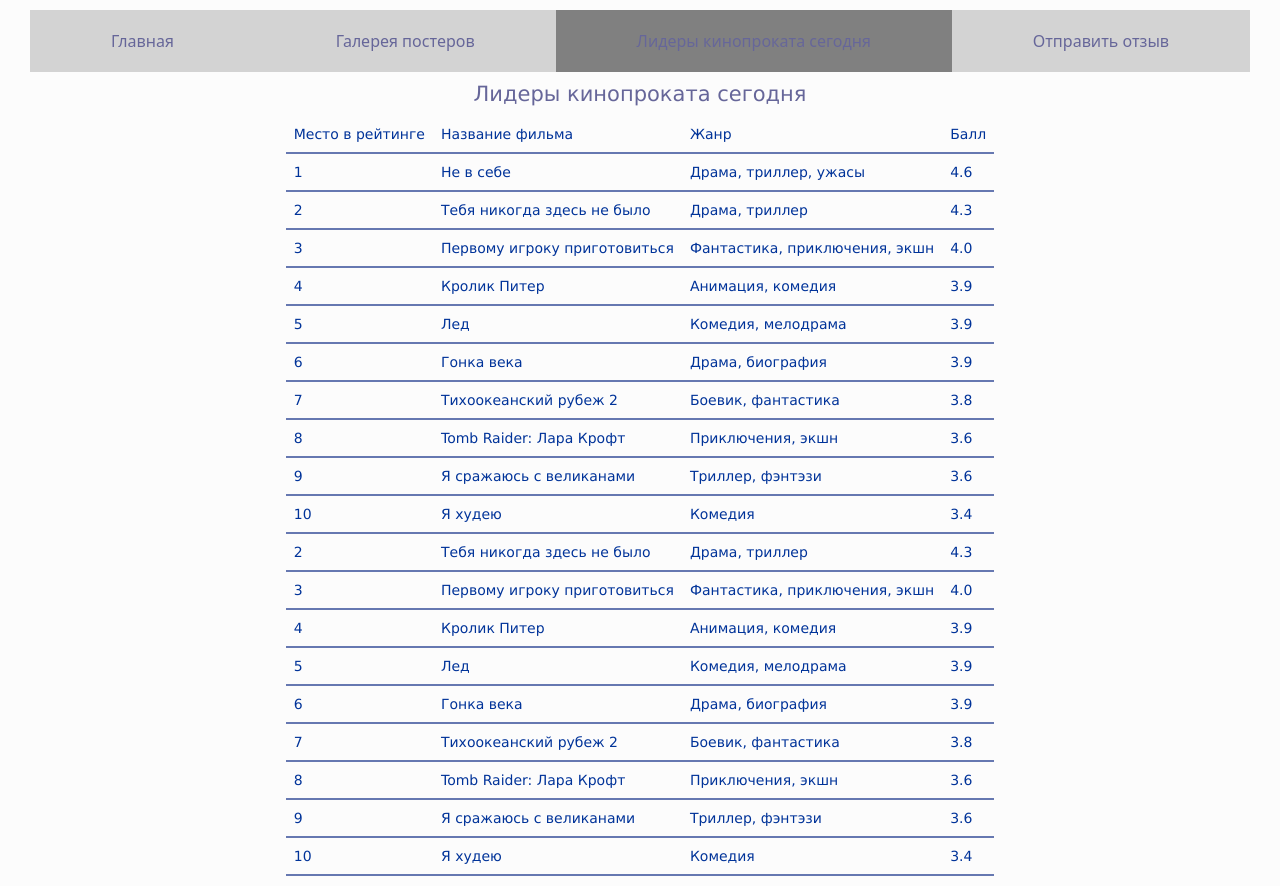
Repository: nasty-97/courseWeb
Page: http://localhost/item_3.php
The author's editor kept a record of every edit. The page is drawn from the files as they stood at one moment, then again after the next edit.
The browser window is 1280 px wide. The pictures show the whole page.
The page is run by PHP 8.4 with error messages shown; the project is at /var/www/html/. The database holds what the project's SQL file puts in it.

Above is the page before.

### item_3.php
<!DOCTYPE html>
<html>
	<head>
		<meta charset="utf-8">
		<link rel="stylesheet" href="style.css">
		<title>Главная</title>
		<style type="text/css">
			@media (max-width: 900px) and (min-width: 561px) {
			  .col {
			    width: 50%;
			  }
			}

			@media (max-width: 560px) and (min-width: 370px) {
			  .col {
			    width: 100%;
			  }
			  .menu__list-link {
			    font-size: 14px;
			    padding: 5px;
			    width: 84%;
			  }
			  .menu {
			    width: 102%;
			    padding: 3px;
			  }
			  p {
			    width: 100%;
			  }
			  .table__item > table {
    			font-size: 11px;
  			  }
			}
			@media (max-width: 369px) {
			  .col {
			    width: 109%;
			  }
			  .menu__list-link {
			    font-size: 12px;
			    padding: 5px;
			    width: 84%;
			}
			  .menu {
			    width: 109%;
			    padding: 0;
			}
			  p {
			    width: 109%;
			  }
			  .table__item > table {
    			font-size: 9px;
  			  }
			}
	</style>
	</head>
	<body>
		<?php
			global $mysqli;
        	$mysqli = new mysqli("localhost", "anastasya0409", "", "lab2DB");
        	$query = "SELECT * FROM tableFilms";
        	$mysqli->query("SET NAMES 'utf8'");
        	$result = $mysqli->query($query);
		?>
		<nav class="menu">
			<menu class="menu__list">
				<li class="menu__list-item"><a href="main.php" class="menu__list-link">Главная</a></li>
				<li class="menu__list-item"><a href="item_2.php" class="menu__list-link">Галерея постеров</a></li>
				<li class="menu__list-item" id="current"><a href="item_3.php" class="menu__list-link">Лидеры кинопроката сегодня</a></li>
				<li class="menu__list-item"><a href="item_4.php" class="menu__list-link">Отправить отзыв</a></li>
			</menu>
		</nav>
		<div class="table__item">
			<table class="table" align="center">
				<caption>Лидеры кинопроката сегодня</caption>
				<tr>
					<th>Место в рейтинге</th>
					<th>Название фильма</th>
					<th>Жанр</th>
					<th>Балл</th>
				</tr>
				<?php while($row = $result->fetch_array(MYSQLI_ASSOC)) {
				?>
				<tr>
					<th><?php echo $row["rating"]?></th>
					<th><?php echo $row["nameFilm"]?></th>
					<th><?php echo $row["ganre"]?></th>
					<th><?php echo $row["point"]?></th>
				</tr>
				<?php }
				?>
				<tr>
					<th>2</th>
					<th>Тебя никогда здесь не было</th>
					<th>Драма, триллер</th>
					<th>4.3</th>
				</tr>
				<tr>
					<th>3</th>
					<th>Первому игроку приготовиться</th>
					<th>Фантастика, приключения, экшн</th>
					<th>4.0</th>
				</tr>
				<tr>
					<th>4</th>
					<th>Кролик Питер</th>
					<th>Анимация, комедия</th>
					<th>3.9</th>
				</tr>
				<tr>
					<th>5</th>
					<th>Лед</th>
					<th>Комедия, мелодрама</th>
					<th>3.9</th>
				</tr>
				<tr>
					<th>6</th>
					<th>Гонка века</th>
					<th>Драма, биография</th>
					<th>3.9</th>
				</tr>
				<tr>
					<th>7</th>
					<th>Тихоокеанский рубеж 2</th>
					<th>Боевик, фантастика</th>
					<th>3.8</th>
				</tr>
				<tr>
					<th>8</th>
					<th>Tomb Raider: Лара Крофт</th>
					<th>Приключения, экшн</th>
					<th>3.6</th>
				</tr>
				<tr>
					<th>9</th>
					<th>Я сражаюсь с великанами</th>
					<th>Триллер, фэнтэзи</th>
					<th>3.6</th>
				</tr>
				<tr>
					<th>10</th>
					<th>Я худею</th>
					<th>Комедия</th>
					<th>3.4</th>
				</tr>
			</table>
		</div>
		<?php
        $mysqli->close();
		?>
	</body>
</html>

### style.css
body {
	/*padding: 0;*/
	margin: 0;
	font-family: 'Noto Sans', sans-serif;
	background-color: #fcfcfc;
	padding: 10px 30px;
	color: #669;
}
.menu__list {
	padding: 0;
	margin: 0;
	box-sizing: border-box;
	background: lightgrey;
	display: flex;
	justify-content: space-around;
	list-style-type: none;
}
.menu__list-item {
	flex-grow: 1;
	box-sizing: border-box;
	text-align: center;
}
.menu__list-link {
	color: #669;
	display: block;
	padding: 20px;
	text-decoration: none;
}
.menu__list-link:hover {
	background: grey;
}
.menu__list-link:active {
	background: grey;
}
#current {
	background: grey;
}

.col {
        float: left;
        width: 25%;
      }
      .col > div:hover {
        box-shadow: 0 0 3px #666, 0 0 5px #ccc;
        cursor: pointer;
      }
      .col > div {
        margin: 10px;
      }
      .col img {
        width: 100%;
        height: 200px;
        object-fit: cover;
        object-position: 50% 100%;
        display: block;
      }
      .col-text > div {
        height: 100px;
        overflow: hidden;
      }
      .col-text {
        border: 1px solid #ccc;
        background: #eee;
        color: #669;
        border-top: 0;
        padding: 10px;
        text-align: justify;
}

.gallery > img {
	object-fit: cover;
	object-position: 50%;
}

.gallery__item > img {
	-o-object-fit: fill;
     object-fit: fill;
  	object-position: 50%;
  	padding-right: 29px;
  	padding-left: 0px;
  	padding-top: 20px;
}

#wrapper #leftcol input {
    width: 40%;
    margin-left: 30%;
    float: left;
    border-radius: 5px;
    border: 2px solid silver;
    padding: 5px;
    color: #669;
    margin-bottom: 10px;
    font-size: 1.2em;
}

#wrapper #leftcol input:focus, #wrapper #leftcol textarea:focus {
    border: 2px solid #f78080;
}

#wrapper #leftcol input#done:hover {
    border: 2px solid #f8d881;
    cursor: pointer;
}

#wrapper #leftcol textarea {
    width: 50%;
    height: 150px;
    margin-left: 25%;
    float: left;
    border-radius: 5px;
    border: 2px solid silver;
    padding: 5px;
    color: #669;
    margin-bottom: 10px;
    font-size: 1.2em;
    resize: none;
}

table {
  font-family: "Lucida Sans Unicode", "Lucida Grande", Sans-Serif;
  font-size: 14px;
  background: #fcfcfc;
  border-collapse: collapse;
  text-align: left;
}
th {
  font-weight: normal;
  color: #039;
  border-bottom: 2px solid #6678b1;
  padding: 10px 8px;
}
td {
  border-bottom: 1px solid #ccc;
  color: #669;
  padding: 9px 8px;
  transition: .3s linear;
  text-align: center;
}
tr:hover td{
  color: #6699ff;
}
caption {
caption-side: top;
color: #669;
text-align: center;
padding: 10px 0;
font-size: 21px;
}

a:focus, a:active, a:hover {
	text-decoration: none;
	color: white;
}
a:hover {
	color: #6a95b7;
}
a:visited {
	color: #669;
}

@media (min-width: 1200px) {
  .gallery__item > img {
    width: 225px;
    height: 300px;
  }
}
@media (min-width: 992px) and (max-width: 1199px) {
  .gallery__item > img {
    width: 225px;
    height: 300px;
  }
}
@media (min-width: 768px) and (max-width: 991px) {
  .gallery__item > img {
    width: 225px;
    height: 300px;
  }
}
@media (max-width: 519px) {
  .gallery__item > img {
    width: 180px;
    height: 250px;
  }
}
@media (max-width: 767px) and (min-width: 520px) {
  .gallery__item > img {
    width: 190px;
    height: 300px;
  }
}

### lab2DB.sql (the tables this page reads)
CREATE TABLE IF NOT EXISTS `tableFilms` (
  `id` int(255) unsigned NOT NULL AUTO_INCREMENT,
  `rating` int(255) unsigned NOT NULL,
  `nameFilm` varchar(1000) CHARACTER SET utf8 COLLATE utf8_estonian_ci NOT NULL,
  `ganre` varchar(1000) NOT NULL,
  `point` varchar(255) NOT NULL,
  PRIMARY KEY (`id`)
) ENGINE=MyISAM  DEFAULT CHARSET=utf8 AUTO_INCREMENT=11;

INSERT INTO `tableFilms` (`id`, `rating`, `nameFilm`, `ganre`, `point`) VALUES
(1, 1, 'Не в себе', 'Драма, триллер, ужасы', '4.6'),
(2, 2, 'Тебя никогда здесь не было', 'Драма, триллер', '4.3'),
(3, 3, 'Первому игроку приготовиться	', 'Фантастика, приключения, экшн', '4.0'),
(4, 4, 'Кролик Питер', 'Анимация, комедия', '3.9'),
(5, 5, 'Лед', 'Комедия, мелодрама', '3.9'),
(6, 6, 'Гонка века', 'Драма, биография', '3.9'),
(7, 7, 'Тихоокеанский рубеж 2	', 'Боевик, фантастика', '3.8'),
(8, 8, 'Tomb Raider: Лара Крофт', 'Приключения, экшн', '3.6'),
(9, 9, 'Я сражаюсь с великанами', 'Триллер, фэнтэзи', '3.6'),
(10, 10, 'Я худею', 'Комедия	', '3.4');

After the next edit:
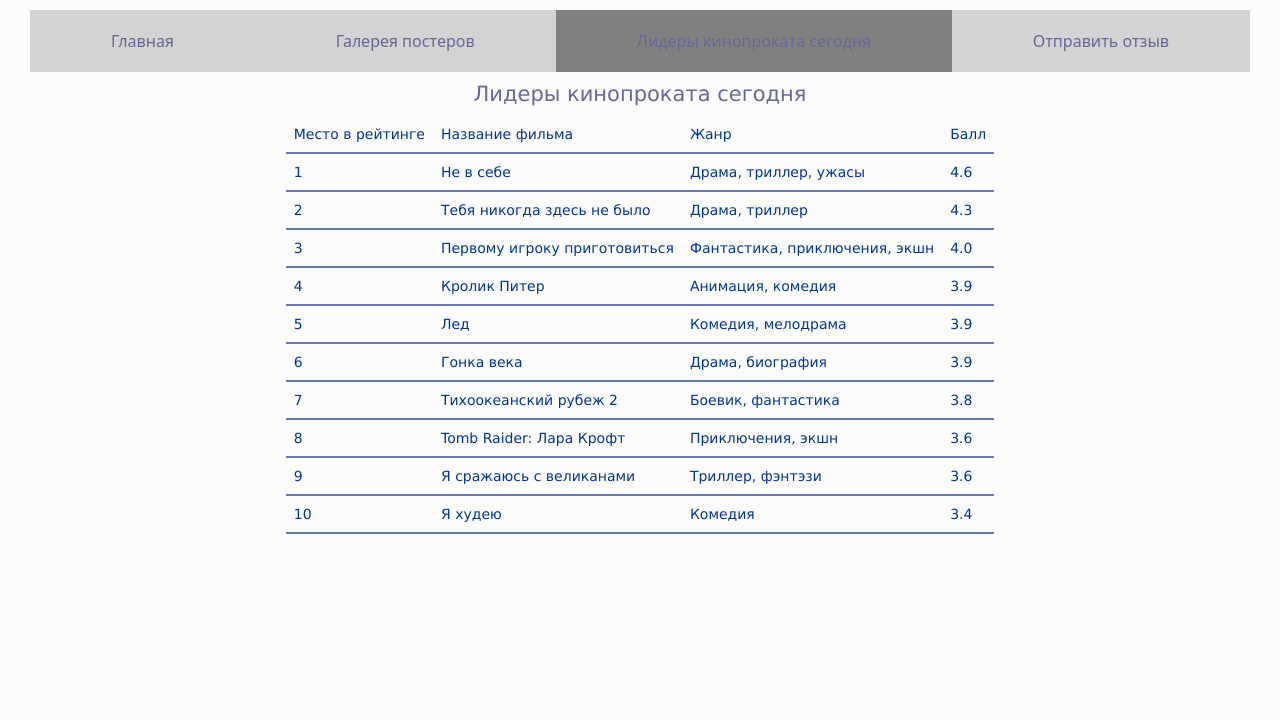
The edit:
--- a/item_3.php
+++ b/item_3.php
@@ -88,60 +88,6 @@
 				</tr>
 				<?php }
 				?>
-				<tr>
-					<th>2</th>
-					<th>Тебя никогда здесь не было</th>
-					<th>Драма, триллер</th>
-					<th>4.3</th>
-				</tr>
-				<tr>
-					<th>3</th>
-					<th>Первому игроку приготовиться</th>
-					<th>Фантастика, приключения, экшн</th>
-					<th>4.0</th>
-				</tr>
-				<tr>
-					<th>4</th>
-					<th>Кролик Питер</th>
-					<th>Анимация, комедия</th>
-					<th>3.9</th>
-				</tr>
-				<tr>
-					<th>5</th>
-					<th>Лед</th>
-					<th>Комедия, мелодрама</th>
-					<th>3.9</th>
-				</tr>
-				<tr>
-					<th>6</th>
-					<th>Гонка века</th>
-					<th>Драма, биография</th>
-					<th>3.9</th>
-				</tr>
-				<tr>
-					<th>7</th>
-					<th>Тихоокеанский рубеж 2</th>
-					<th>Боевик, фантастика</th>
-					<th>3.8</th>
-				</tr>
-				<tr>
-					<th>8</th>
-					<th>Tomb Raider: Лара Крофт</th>
-					<th>Приключения, экшн</th>
-					<th>3.6</th>
-				</tr>
-				<tr>
-					<th>9</th>
-					<th>Я сражаюсь с великанами</th>
-					<th>Триллер, фэнтэзи</th>
-					<th>3.6</th>
-				</tr>
-				<tr>
-					<th>10</th>
-					<th>Я худею</th>
-					<th>Комедия</th>
-					<th>3.4</th>
-				</tr>
 			</table>
 		</div>
 		<?php
